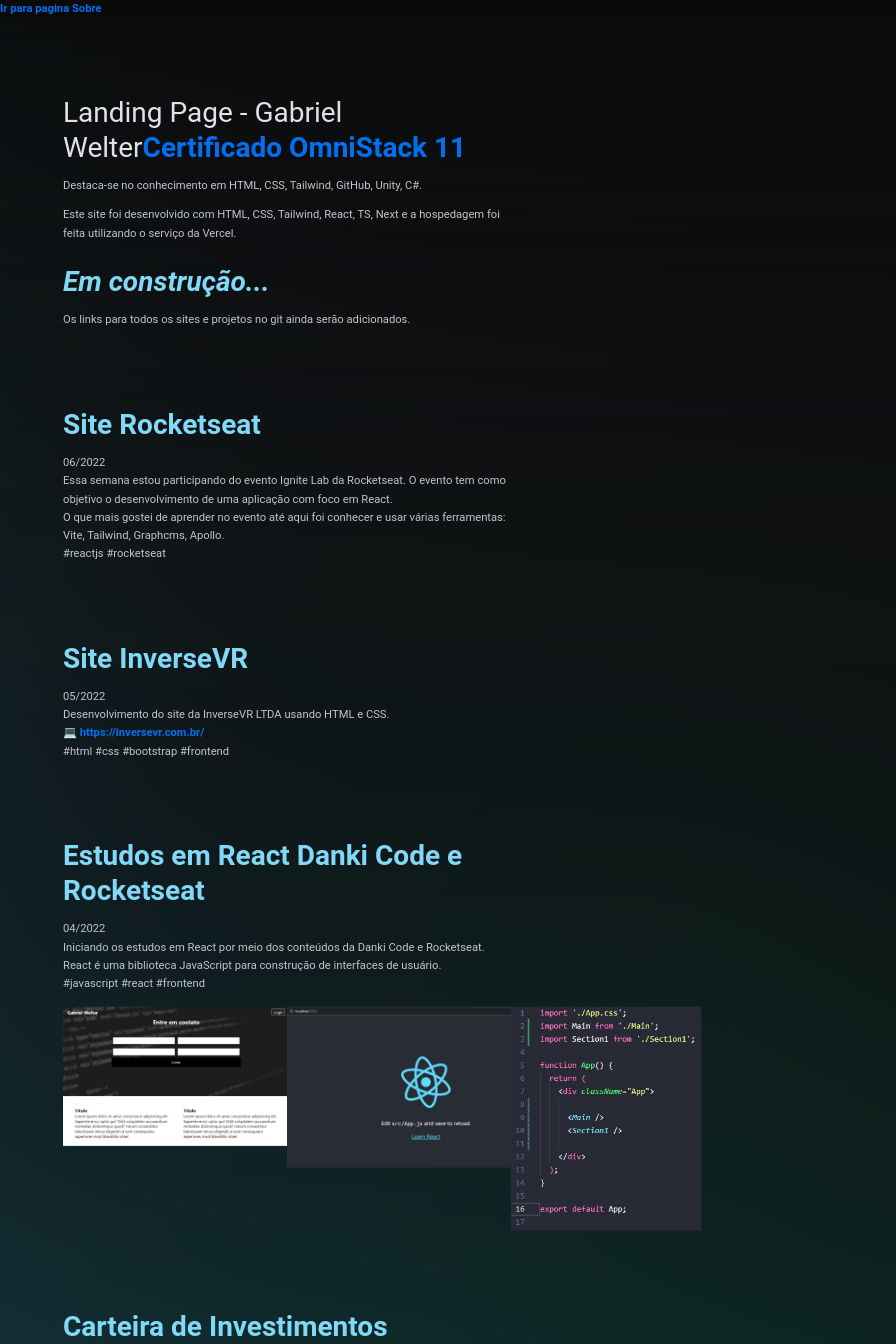
Repository: weltergab/test-next
Page: /
These files come from the project's save history. The page is drawn as it stood at one moment and after the next save; the edit follows.
The browser window is 1280 px wide. The pictures show the part of the page from y = 0 to 1920 px (the page is 2986 px tall), at 70% of full size.
The project was rebuilt for these pictures with package versions that can differ from the ones it lists, and the page was loaded fresh each time. The framework's server and built-in components were replaced by stand-ins that run in the browser. Also part of the build but not shown: next.config.js.

Above is the page before, as saved 2023-04-06 20:15:20.

### src/pages/index.tsx
import Head from 'next/head'
import Image from 'next/image'
import { Inter } from 'next/font/google'

import Link from 'next/link'

import { useEffect, useState } from 'react'
import reactLogo from './assets/react.svg'

// import curriculo from './assets/curriculo.pdf';
// import omnistack from '../../public/assets/blur-background.png';
// import estudosReact_1 from '../../public/assets/blur-background.png';
// import estudosReact_2 from '../../public/assets/estudosReact_2.jpg';
// import estudosReact_3 from '../../public/assets/estudosReact_3.jpg';
// import mockup from '../../public/assets/code-mockup.png';

import ImageComponent from '../components/ImageComponent';


const inter = Inter({ subsets: ['latin'] })

export default function Home() {

  const [count, setCount] = useState(0)

  const [showImage, setShowImage] = useState(false);

  const handleShowImage = () => {
    setShowImage(true);
  };

  const handleCloseImage = () => {
    setShowImage(false);
  };

  return (
    <>
      <Head>
        <title>Create Next App</title>
        <meta name="description" content="Generated by create next app" />
        <meta name="viewport" content="width=device-width, initial-scale=1" />
        <link rel="icon" href="/favicon.ico" />
      </Head>
      <main>
        <div className=''>
          <Link href="/sobre">Ir para pagina Sobre</Link>
        </div>
      </main>

      <div>
        <div className="min-h-screen bg-blur bg-cover bg-no-repeat flex flex-col items-center bg-center">

          {/* Titulos */}
          <div className="max-w-[1100px] w-full flex items-center justify-between mt-20 mx-auto">
            <div className='header'>
              <div className="max-w-[640px]">

                <h1 className="mt-8 text-[2.5rem] leading-tight">
                  Landing Page - Gabriel Welter

                  <a href='/assets/curriculo.pdf' target="_blank">Certificado OmniStack 11</a>
                </h1>
                <p className="mt-4 text-gray-200 leading-relaxed">
                  Destaca-se no conhecimento em HTML, CSS, Tailwind, GitHub, Unity, C#.
                </p>
                <p className="mt-4 text-gray-200 leading-relaxed">
                  Este site foi desenvolvido com HTML, CSS, Tailwind, React, TS, Next e a hospedagem foi feita utilizando o serviço da Vercel.
                </p>
                <h1 className="mt-8 text-[2.5rem] leading-tight italic">
                  <strong className="text-blue-500">Em construção...</strong>
                </h1>
                <p className="mt-4 text-gray-200 leading-relaxed">
                  Os links para todos os sites e projetos no git ainda serão adicionados.
                </p>
              </div>
            </div>
          </div>


          {/* Publicacoes */}
          <div className="publication max-w-[1100px] w-full flex flex-col justify-between mt-20 mx-auto"> {/* items-center  */}
            <div className="max-w-[640px] postagem">
              <h1 className="mt-8 text-[2.5rem] leading-tight">
                <strong className="text-blue-500">Site Rocketseat</strong>
              </h1>
              <p className="mt-4 text-gray-200 leading-relaxed">
                06/2022 <br />
                Essa semana estou participando do evento Ignite Lab da Rocketseat.
                O evento tem como objetivo o desenvolvimento de uma aplicação com foco em React. <br />
                O que mais gostei de aprender no evento até aqui foi conhecer e usar várias ferramentas: Vite, Tailwind, Graphcms, Apollo. <br />
                #reactjs #rocketseat
              </p>
            </div>
          </div>

          <div className="publication max-w-[1100px] w-full flex flex-col justify-between mt-20 mx-auto">
            <div className="max-w-[640px] postagem">
              <h1 className="mt-8 text-[2.5rem] leading-tight">
                <strong className="text-blue-500">Site InverseVR</strong>
              </h1>
              <p className="mt-4 text-gray-200 leading-relaxed">
                05/2022 <br />
                Desenvolvimento do site da InverseVR LTDA usando HTML e CSS. <br />
                <a href="https://inversevr.com.br/" target="_blank">💻 https://inversevr.com.br/</a><br />
                #html #css #bootstrap #frontend
              </p>
            </div>
          </div>

          <div className="publication max-w-[1100px] w-full flex flex-col justify-between mt-20 mx-auto">
            <div className="max-w-[640px] postagem">
              <h1 className="mt-8 text-[2.5rem] leading-tight">
                <strong className="text-blue-500">Estudos em React Danki Code e Rocketseat</strong>
              </h1>
              <p className="mt-4 text-gray-200 leading-relaxed">
                04/2022 <br />
                Iniciando os estudos em React por meio dos conteúdos da Danki Code e Rocketseat.
                React é uma biblioteca JavaScript para construção de interfaces de usuário. <br />
                #javascript #react #frontend
              </p>
              <div className='flex justify-between mt-5'>
                <ImageComponent imageSrc="/assets/estudosReact_1.png" />
                <ImageComponent imageSrc="/assets/estudosReact_2.jpg" />
                <ImageComponent imageSrc="/assets/estudosReact_3.jpg" />
              </div>

            </div>
          </div>

          <div className="publication max-w-[1100px] w-full flex flex-col justify-between mt-20 mx-auto">
            <div className="max-w-[640px] postagem">
              <h1 className="mt-8 text-[2.5rem] leading-tight">
                <strong className="text-blue-500">Carteira de Investimentos</strong>
              </h1>
              <p className="mt-4 text-gray-200 leading-relaxed">
                Site para organizar investimentos realizado como trabalho final da disciplina de Programação Web da UFSM.
                Foi desenvolvido com HTML, CSS, Taiwindcss, PHP.
                Bernardo Gatto foi responsável pelo Backend em PHP.
              </p>
            </div>
          </div>
          <div className="publication max-w-[1100px] w-full flex flex-col justify-between mt-20 mx-auto">
            <div className="max-w-[640px] postagem">
              <h1 className="mt-8 text-[2.5rem] leading-tight">
                <strong className="text-blue-500">OmniStack 11 - Rocketseat</strong>
              </h1>
              <p className="mt-4 text-gray-200 leading-relaxed">
                03/2020 <br />
                Participei da semana de desenvolvimento prático da Rocketseat e tive uma introdução a Node.js, ReactJS e React Native. <br />
                <a href='/assets/certificado_omnistack.pdf' target="_blank">Certificado OmniStack 11</a>
              </p>
            </div>
          </div>

          <div className='footer'>
            <img src='/assets/code-mockup.png' className="mt-10 headline" alt="" />
          </div>
        </div>
      </div>
    </>
  )
}

### src/styles/globals.css
@tailwind base;
@tailwind components;
@tailwind utilities;

body {
    @apply bg-gray-900 text-gray-100;
    -webkit-font-smoothing: antialiased;
  }

  a {
    color: #0070f3;
    text-decoration: none;
    font-weight: bold;
  }

  a:hover {
    font-style: italic;
  }

  /* Esconder a imagem grande */
  .imagem-grande {
    display: none;
  }

  /* Estilizar o link */
  .link-imagem:hover {
    cursor: zoom-in;
  }

  /* Mudar a aparência do link quando o usuário passar o mouse sobre a imagem pequena */
  .imagem-pequena:hover {
    opacity: 0.7;
  }

### src/components/ImageComponent/index.tsx
import React, { useState } from 'react';

type Props = {
  imageSrc: string;
};

const ImageComponent: React.FC<Props> = ({ imageSrc }) => {
  const [isImageClicked, setIsImageClicked] = useState(false);
  const [isExpanded, setIsExpanded] = useState(false);

  const handleImageClick = () => {
    setIsImageClicked(!isImageClicked);
    setIsExpanded(true);
  };

  const handleExpandedImageClick = () => {
    setIsExpanded(false);
  };

  return (
    <div className="relative max-w-full max-h-full mx-auto">
      <div className="relative max-w-full max-h-full mx-auto">
        <img
          src={imageSrc}
          alt="imagem"
          onClick={handleImageClick}
          className="max-w-80 max-h-80"
        />
      </div>
      {isExpanded && (
        <div
          className="fixed top-0 left-0 w-full h-full z-50 flex items-center justify-center"
          onClick={handleExpandedImageClick}
        >
          <img
            src={imageSrc}
            alt="imagem ampliada"
            className="max-w-4xl max-h-4xl object-contain"
          />
        </div>
      )}
    </div>
  );
};

export default ImageComponent;

### tailwind.config.js
/** @type {import('tailwindcss').Config} */
module.exports = {
  content: [
    "./app/**/*.{js,ts,jsx,tsx}",
    "./pages/**/*.{js,ts,jsx,tsx}",
    "./components/**/*.{js,ts,jsx,tsx}",

    // Or if using `src` directory:
    "./src/**/*.{js,ts,jsx,tsx}",
  ],
  theme: {
    extend: {
      backgroundImage: {
        blur: 'url(/assets/blur-background.png)'
      },
      fontFamily: {
        sans: 'Roboto, sans-serif',
      },
      colors: {
        black: {
          100: '#11172B',
        },
        green: {
          300: '#00B37E',
          500: '#00875F',
          700: '#015F43',
        },
        blue: {
          500: '#81D8F7',
        },
        orange: {
          500: '#FBA94C',
        },
        red: {
          500: '#F75A68',
        },
        gray: {
          100: '#E1E1E6',
          200: '#C4C4CC',
          300: '#8D8D99',
          500: '#323238',
          600: '#29292E',
          700: '#121214',
          900: '#09090A'
        }
      },
    },
  },
  plugins: [],
}

Loaded but not shown: src/pages/_app.js (common file); src/pages/_document.js (common file)

After the next save:
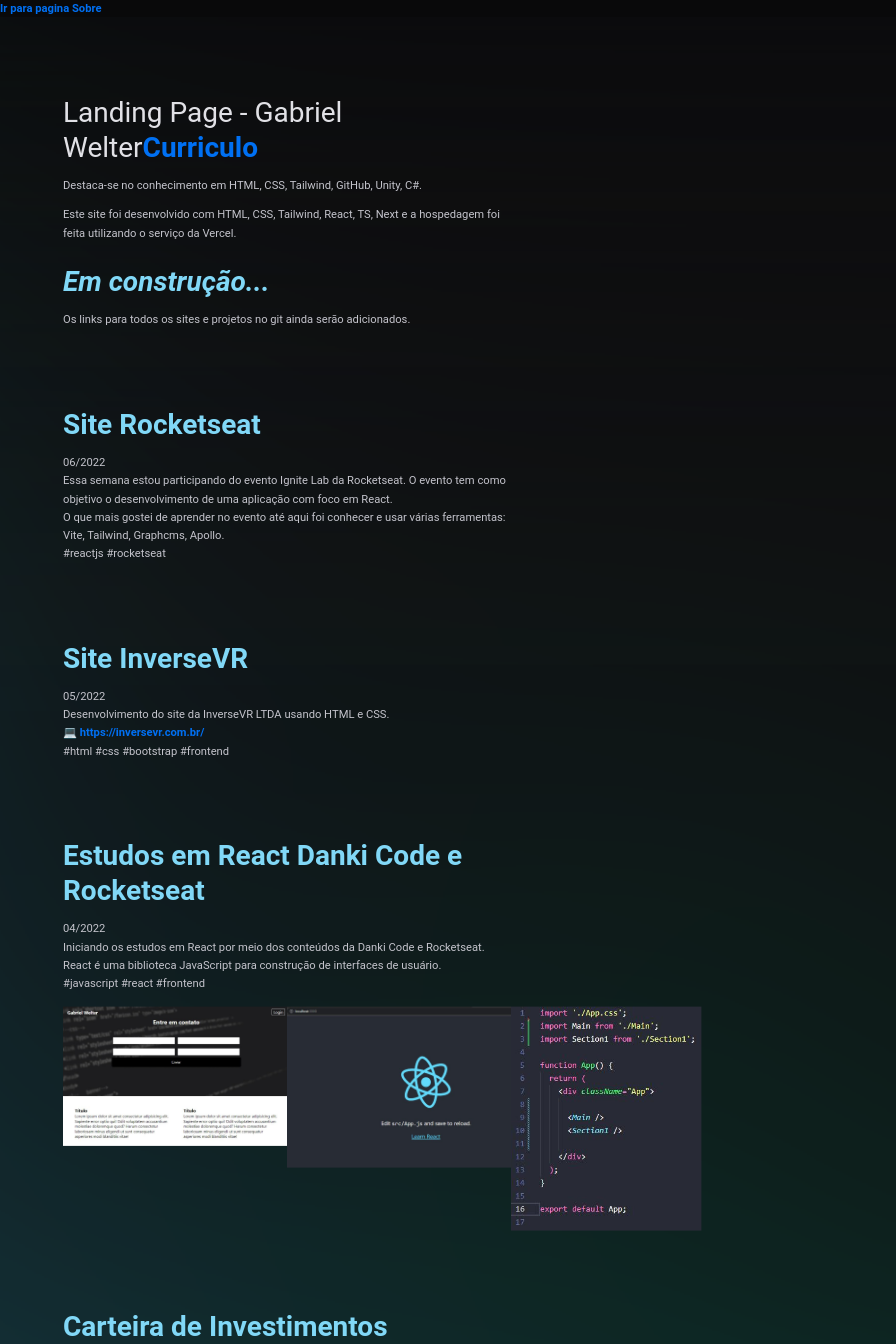
Saved 12 s later.
--- a/src/pages/index.tsx
+++ b/src/pages/index.tsx
@@ -58,7 +58,7 @@
                 <h1 className="mt-8 text-[2.5rem] leading-tight">
                   Landing Page - Gabriel Welter
 
-                  <a href='/assets/curriculo.pdf' target="_blank">Certificado OmniStack 11</a>
+                  <a href='/assets/curriculo.pdf' target="_blank">Curriculo</a>
                 </h1>
                 <p className="mt-4 text-gray-200 leading-relaxed">
                   Destaca-se no conhecimento em HTML, CSS, Tailwind, GitHub, Unity, C#.
